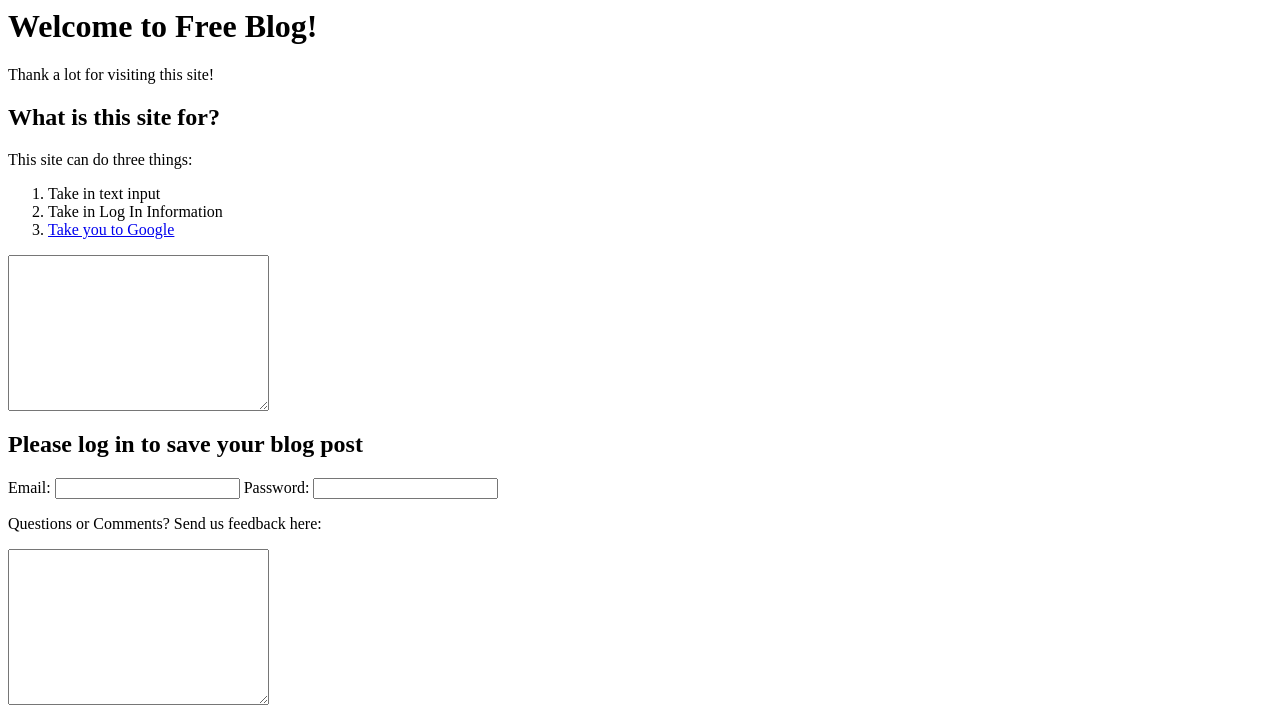
Repository: MonwarAdeeb/Bista_Solutions
Page: HTML & CSS/CSS/Level One/05. Assessment.html
These files come from the project's save history. The page is drawn as it stood at one moment and after a run of saves; the edit follows.
The browser window is 1280 px wide. The pictures show the whole page.

Above is the page before, as saved 2021-05-19 20:29:55.

### HTML & CSS/CSS/Level One/05. Assessment.html
<html lang="en">
<head>
    <meta charset="UTF-8">
    <meta http-equiv="X-UA-Compatible" content="IE=edge">
    <meta name="viewport" content="width=device-width, initial-scale=1.0">
    <title>Assessment</title>
    <link rel="stylesheet" href="05. Assessment.css">
</head>
<body>
    <h1>Welcome to Free Blog!</h1>

    <p>Thank a lot for visiting this site!</p>

    <h2>What is this site for?</h2>

    <p>This site can do three things:</p>

    <ol class="list">
        <li>Take in text input</li>
        <li>Take in Log In Information</li>
        <li><a href="www.google.com">Take you to Google</a></li>
    </ol>

    <textarea name="tbox" id="" cols="30" rows="10"></textarea>

    <h2>Please log in to save your blog post</h2>

    <label for="email">Email:</label>
    <input id="email" type="email" name="useremail">
    <label for="password">Password:</label>
    <input type="password" id="password" name="userpass">

    <div class="firstDiv">
        <p></p>
        <p>Questions or Comments? Send us feedback here:</p>
        <textarea id="feedback" cols="30" rows="10"></textarea>

    </div>

</body>
</html>

### HTML & CSS/CSS/Level One/05. Assessment.css
body{
    background-color: #;
}

After the next 2 saves:
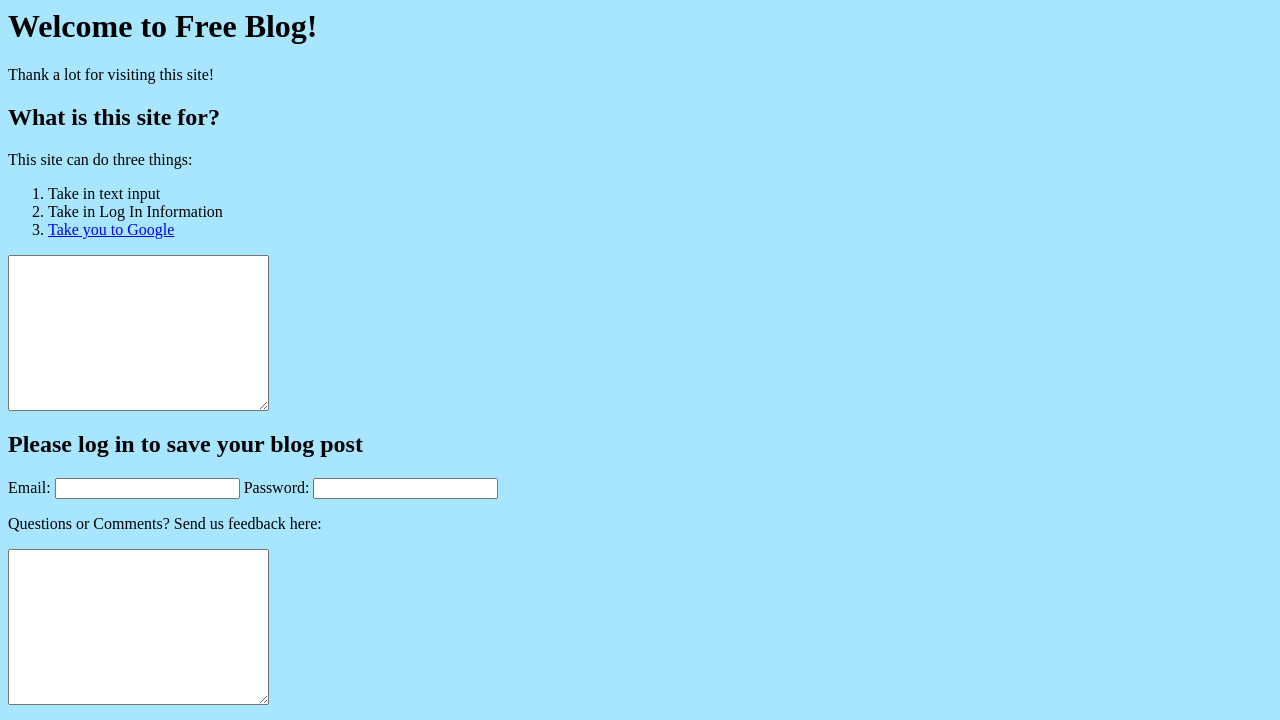
The 2 saves are shown as one change because they came seconds apart.
The last was saved 9 s later.
--- a/HTML & CSS/CSS/Level One/05. Assessment.css
+++ b/HTML & CSS/CSS/Level One/05. Assessment.css
@@ -1,3 +1,3 @@
-body{
-    background-color: #;
+body {
+  background-color: #a8e6ff;
 }
